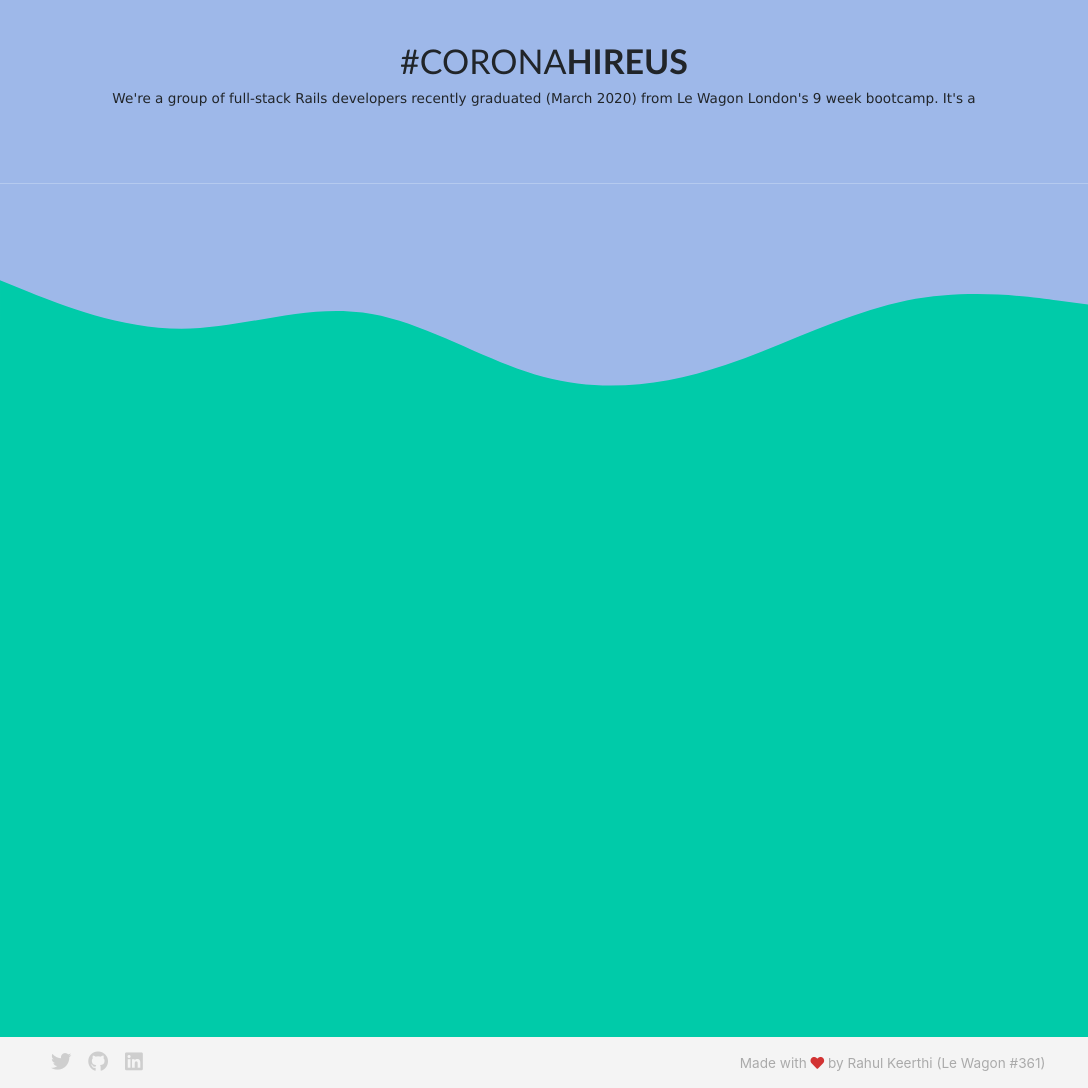
Repository: rahulkeerthi/coronahireus
Page: index.html
An editor plug-in stored every save of this project. The page is shown before and after the next save, followed by the edit.
The browser window is 1280 px wide. The pictures show the whole page, at 85% of full size.
Some web libraries are served in a nearby version.

Above is the page before, as saved 2020-03-27 23:07:19.

### index.html
<!DOCTYPE html>
<html lang="en">
<head>
    <meta charset="UTF-8">
    <meta name="viewport" content="width=device-width, initial-scale=1.0">
    <meta http-equiv="X-UA-Compatible" content="IE=edge">
    <title>Corona-Hire-Us</title>
    <link rel="stylesheet" href="style.css">
    <script src="main.js" defer></script>
    <link rel="shortcut icon" href="data:[embedded picture, 18 characters]" type="image/x-icon">
    <link rel="stylesheet" href="https://use.fontawesome.com/releases/v5.0.10/css/all.css">
    <link rel="stylesheet" href="https://stackpath.bootstrapcdn.com/bootstrap/4.3.1/css/bootstrap.min.css">
  </head>
<body>
    <div>
        <div class="wrapper">
            <div class="sky text-center">
                <h1 class="pt-5">#CORONA<strong>HIREUS</strong></h1>
                <p class="container">We're a group of full-stack Rails developers recently graduated (March 2020) from Le Wagon London's 9 week bootcamp. It's a </p>
            </div>
            <div class="hills">
                <svg xmlns="http://www.w3.org/2000/svg" viewBox="0 0 1440 320"><path fill="#00cba9" fill-opacity="1" d="M0,128L40,144C80,160,160,192,240,192C320,192,400,160,480,170.7C560,181,640,235,720,256C800,277,880,267,960,240C1040,213,1120,171,1200,154.7C1280,139,1360,149,1400,154.7L1440,160L1440,320L1400,320C1360,320,1280,320,1200,320C1120,320,1040,320,960,320C880,320,800,320,720,320C640,320,560,320,480,320C400,320,320,320,240,320C160,320,80,320,40,320L0,320Z"></path></svg>
            </div>
            <div class="field">
            </div>
        </div>
    </div>
    <div class="footer">
        <div class="footer-links">
            <a href="https://twitter.com/CoronaHire"><i class="fab fa-twitter"></i></a>
            <a href="https://github.com/rahulkeerthi/coronahireus"><i class="fab fa-github"></i></a>
            <a href="#"><i class="fab fa-linkedin"></i></a>
        </div>
        <div class="footer-copyright">
          Made with <i class="fas fa-heart"></i> by Rahul Keerthi (Le Wagon #361)
        </div>
      </div>
</body>
</html>

### style.css
body p {
    font-family: 'Lucida Sans', 'Lucida Sans Regular', 'Lucida Grande', 'Lucida Sans Unicode', Geneva, Verdana, sans-serif;
}

body h1 {
    font-family: 'Gill Sans', 'Gill Sans MT', Calibri, 'Trebuchet MS', sans-serif;
}

body h2 {

}

.wrapper {
    /* position: relative; */
}

.sky {
    background-color: #9eb8e9;
    height: 30vh;
}

.hills {
    background-color: #9eb8e9;
}

.field {
    background-color: #00cba9;
    height: 100vh;
}

/* FOOTER, BASED ON LE WAGON UI KIT */

.footer {
    background: #F4F4F4;
    display: flex;
    align-items: center;
    justify-content: space-between;
    height: 60px;
    padding: 0px 50px;
    color: rgba(0,0,0,0.3);
  }
  .footer-links {
    display: flex;
    align-items: center;
  }
  .footer-links a {
    color: black;
    opacity: 0.15;
    text-decoration: none;
    font-size: 24px;
    padding: 0px 10px;
  }
  .footer-links a:hover {
    color: #016151;
    opacity: 1;
  }
  .footer .fa-heart {
    color: #D23333;
  }

Loaded but not shown: main.js (no copy from this time; the picture is the same without it)

After the next save:
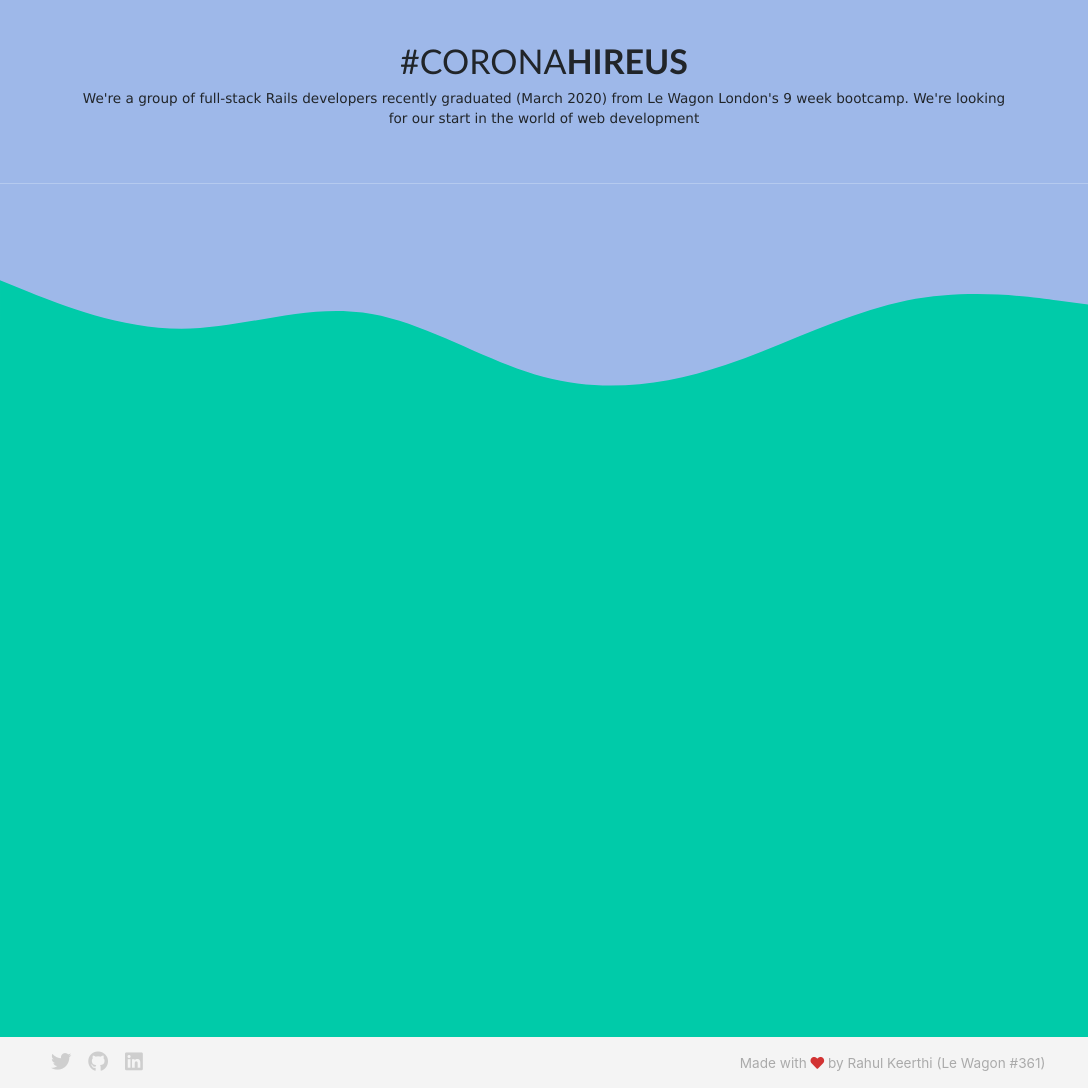
Saved 16 s later.
--- a/index.html
+++ b/index.html
@@ -16,7 +16,7 @@
         <div class="wrapper">
             <div class="sky text-center">
                 <h1 class="pt-5">#CORONA<strong>HIREUS</strong></h1>
-                <p class="container">We're a group of full-stack Rails developers recently graduated (March 2020) from Le Wagon London's 9 week bootcamp. It's a </p>
+                <p class="container">We're a group of full-stack Rails developers recently graduated (March 2020) from Le Wagon London's 9 week bootcamp. We're looking for our start in the world of web development</p>
             </div>
             <div class="hills">
                 <svg xmlns="http://www.w3.org/2000/svg" viewBox="0 0 1440 320"><path fill="#00cba9" fill-opacity="1" d="M0,128L40,144C80,160,160,192,240,192C320,192,400,160,480,170.7C560,181,640,235,720,256C800,277,880,267,960,240C1040,213,1120,171,1200,154.7C1280,139,1360,149,1400,154.7L1440,160L1440,320L1400,320C1360,320,1280,320,1200,320C1120,320,1040,320,960,320C880,320,800,320,720,320C640,320,560,320,480,320C400,320,320,320,240,320C160,320,80,320,40,320L0,320Z"></path></svg>
